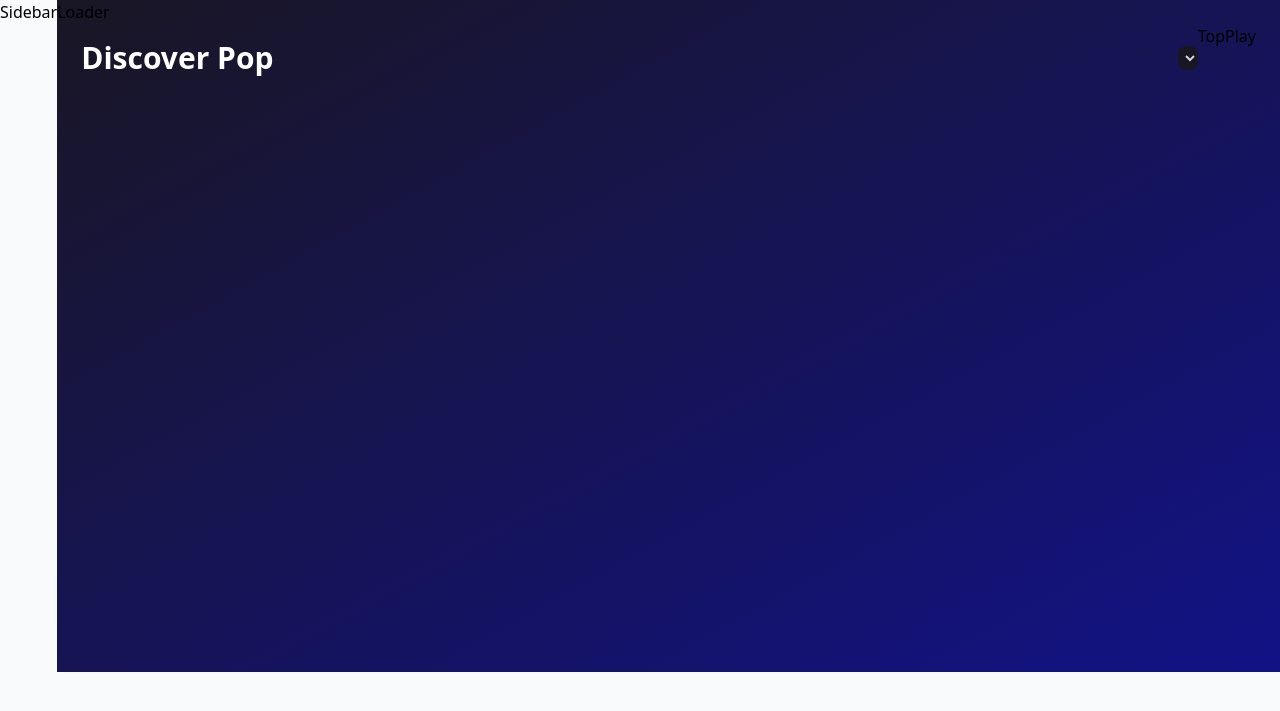
Repository: Chris24T/Dotify
Page: /
The author's editor kept a copy of each file at every save. The page is drawn from the files as they stood at one save, then again after the next save.
The browser window is 1280 px wide. The pictures show the whole page.
The project was rebuilt for these pictures with package versions that can differ from the ones it lists, and the page was loaded fresh each time. Also part of the build but not shown: vite.config.js, src/components/SongCard.jsx, src/components/ArtistCard.jsx, src/components/DetailsHeader.jsx, src/components/PlayPause.jsx, src/components/SongBar.jsx, src/components/RelatedSongs.jsx, src/components/MusicPlayer/Controls.jsx and 13 more.

Above is the page before, as saved 2022-12-03 20:36:46.

After the next save:
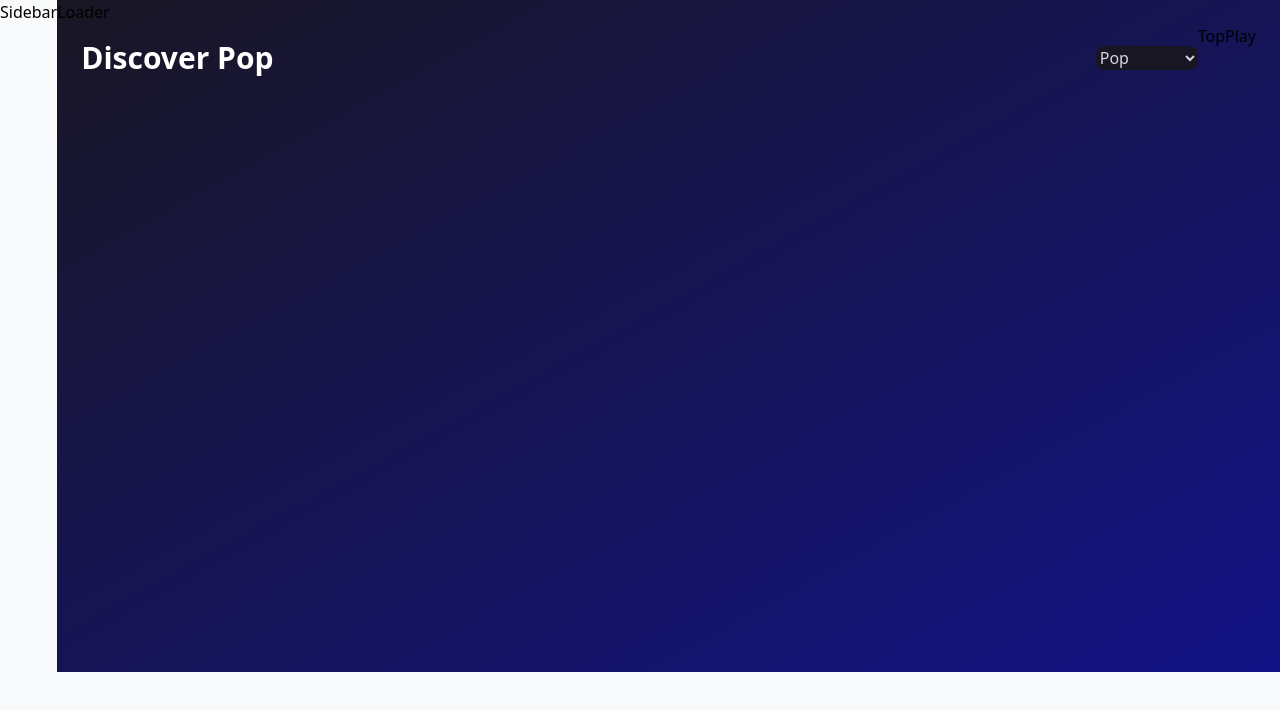
Saved 3 min 56 s later.
--- a/src/pages/Discover.jsx
+++ b/src/pages/Discover.jsx
@@ -14,7 +14,11 @@ const Discover = () => {
           onChange={() => {}}
           value=""
           className="bg-black rounded-lg outline-none text-gray-300 sm:mt-0 mt-5"
-        ></select>
+        >
+          {genres.map((genre) => (
+            <option>{genre.title}</option>
+          ))}
+        </select>
       </div>
     </div>
   );
